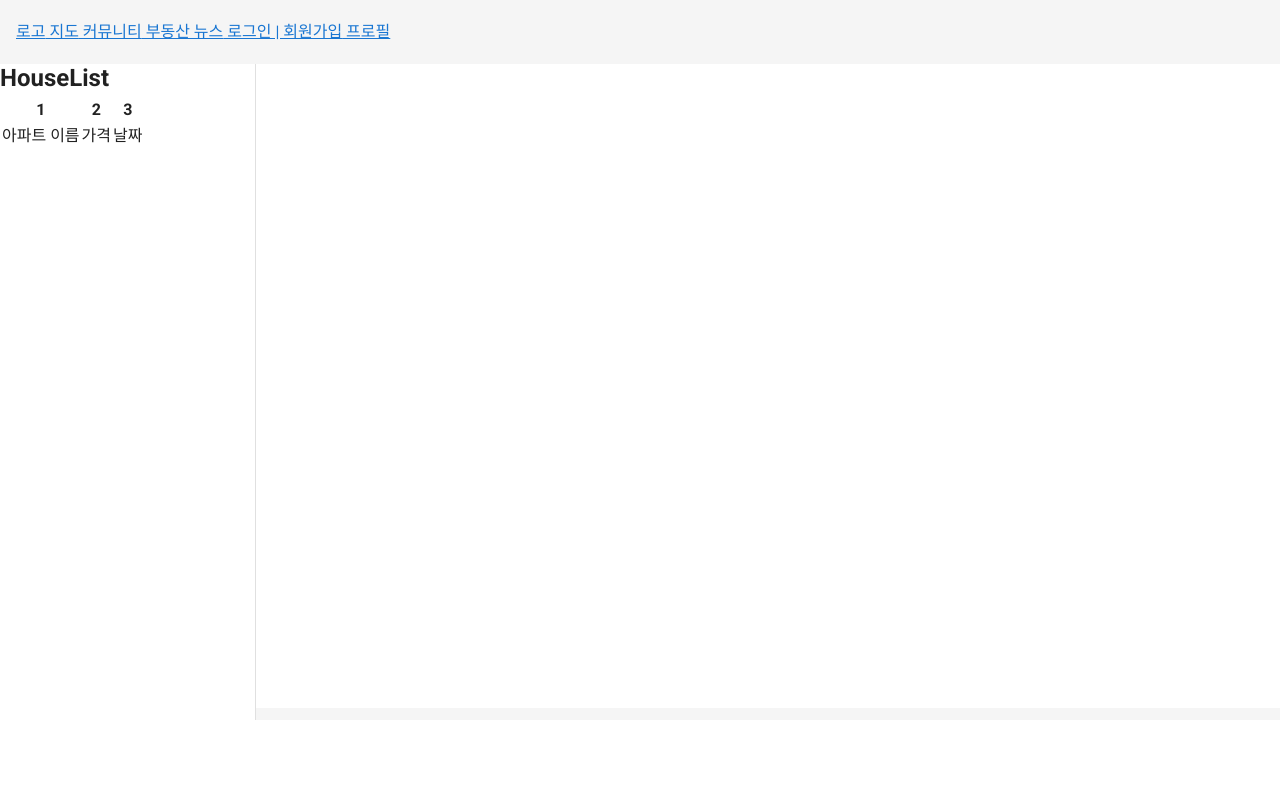
Repository: misso88/vue-whereIsMyHome
Page: /map
The author's editor kept a copy of each file at every save. The page is drawn from the files as they stood at one save, then again after the next save.
The browser window is 1280 px wide. The pictures show the whole page.
The project was rebuilt for these pictures with package versions that can differ from the ones it lists, and the page was loaded fresh each time. Also part of the build but not shown: vue.config.js, src/views/AppMain.vue, src/views/AppNews.vue.

Above is the page before, as saved 2022-11-16 10:19:23.

### public/index.html
<!DOCTYPE html>
<html lang="en">
  <head>
    <meta charset="utf-8" />
    <meta http-equiv="X-UA-Compatible" content="IE=edge" />
    <meta name="viewport" content="width=device-width,initial-scale=1.0" />
    <link rel="icon" href="<%= BASE_URL %>favicon.ico" />
    <title><%= htmlWebpackPlugin.options.title %></title>
    <link
      rel="stylesheet"
      href="https://fonts.googleapis.com/css?family=Roboto:100,300,400,500,700,900"
    />
    <link
      rel="stylesheet"
      href="https://cdn.jsdelivr.net/npm/@mdi/font@latest/css/materialdesignicons.min.css"
    />
    <link
      rel="stylesheet"
      href="https://fonts.googleapis.com/css?family=Roboto:100,300,400,500,700,900"
    />
    <link
      rel="stylesheet"
      href="https://cdn.jsdelivr.net/npm/@mdi/font@latest/css/materialdesignicons.min.css"
    />
    <!-- <style>
      html{
        overflow-y: hidden !important;
      }
    </style> -->
  </head>
  <body>
    <noscript>
      <strong
        >We're sorry but <%= htmlWebpackPlugin.options.title %> doesn't work properly without
        JavaScript enabled. Please enable it to continue.</strong
      >
    </noscript>
    <div id="app"></div>
    <!-- built files will be auto injected -->
  </body>
</html>

### src/App.vue
<template>
  <v-app>
    <v-app-bar app elevation="0" >
      <the-header></the-header>
    </v-app-bar>
    <v-main>
      <router-view></router-view>
    </v-main>
    <v-footer app></v-footer>
  </v-app>
</template>

<script>
import TheHeader from "@/components/layout/TheHeader";

export default {
  name: "App",
  components: {
    TheHeader,
  },
};
</script>

### src/router/index.js
import Vue from 'vue'
import VueRouter from 'vue-router'

import AppMain from '@/views/AppMain'
import AppHouse from '@/views/AppHouse'
// import AppCommunity from '@/views/AppCommunity'
import AppNews from '@/views/AppNews'
// import AppMember from '@/views/AppMember'


Vue.use(VueRouter)

const routes = [
  {
    path: '/',
    name: 'main',
    component: AppMain
  },
  {
    path: '/map',
    name: 'map',
    component: AppHouse
  },
  {
    path: '/community',
    name: 'community',
    component: () => import("@/views/AppCommunity"),
    redirect: "/community/list",
    children: [
      {
        path: "list",
        name: "boardlist",
        component: () => import("@/components/board/BoardList")
      },
    ]
  },
  {
    path: '/news',
    name: 'news',
    component: AppNews
  },
  {
    path: '/member',
    name: 'member',
    component: () => import("@/views/AppMember"),
    children: [
      {
        path: "login",
        name: "login",
        component: () => import("@/components/member/MemberLogin")
      },
      {
        path: "join",
        name: "join",
        component: () => import("@/components/member/MemberJoin")
      },
    ]
  },
  {
    path: "/profile",
    name: "profile",
    component: () => import("@/views/TempProfile"),
    children: [
      {
        path: "mypage",
        name: "mypage",
        component: () => import("@/components/profile/ProfileMypage")
      },
      {
        path: "wishlist",
        name: "wishlist",
        component: () => import("@/components/profile/ProfileWishlist")
      },
      {
        path: "notice",
        name: "notice",
        component: () => import("@/components/profile/ProfileNotice")
      },
      {
        path: "helpcenter",
        name: "helpcenter",
        component: () => import("@/components/profile/ProfileHelpcenter")
      },
    ]
  },
]

const router = new VueRouter({
  mode: 'history',
  base: process.env.BASE_URL,
  routes
})

export default router

### src/store/index.js
import Vue from 'vue'
import Vuex from 'vuex'
import createPersistedState from "vuex-persistedstate";

Vue.use(Vuex)

export default new Vuex.Store({
  state: {
    type: null,
  },
  getters: {
  },
  mutations: {
    SET_TYPE (state, type) {
      state.type = type;
    },
  },
  actions: {
  },
  modules: {},
  plugins: [
    createPersistedState({
      // 브라우저 종료시 제거하기 위해 localStorage가 아닌 sessionStorage로 변경. (default: localStorage)
      storage: sessionStorage,
    }),
  ],

})

### src/components/layout/TheHeader.vue
<template>
  <div>
    <router-link :to="{ name: 'main' }" > 로고</router-link>
    <router-link :to="{ name: 'map'}" > 지도</router-link>
    <router-link :to="{ name: 'community'}" > 커뮤니티</router-link>
    <router-link :to="{ name: 'news'}" > 부동산 뉴스</router-link>
    <router-link :to="{ name: 'login'}" > 로그인 | 회원가입</router-link>
    <router-link :to="{ name: 'profile'}" > 프로필</router-link>
  </div>
</template>

<script>
export default {
    name: "TheHeader",
    data() {
        return {};
    }
}
</script>

<style>

</style>

### src/views/AppHouse.vue
<template>
  <v-app>
    <v-navigation-drawer fixed permanent clipped>
      <house-sidebar></house-sidebar>
    </v-navigation-drawer>
    <v-container fluid>
      <house-map></house-map>
    </v-container>
  </v-app>
</template>

<script>
import HouseSidebar from "@/components/house/sidebar/HouseSidebar";
import HouseMap from "@/components/house/map/HouseMap";

export default {
  name: "AppHouse",
  components: {
    HouseSidebar,
    HouseMap
  }
};
</script>

<style>

</style>

### src/components/house/sidebar/HouseSidebar.vue
<template>
  <div>
    <h2>HouseSidebar</h2>
    <house-list-filter></house-list-filter>
    <house-list></house-list>
  </div>
</template>

<script>
import HouseList from "@/components/house/sidebar/HouseList";
import HouseListFilter from "@/components/house/sidebar/HouseListFilter";

export default {
    name: "HouseSidebar",
    components: {
        HouseList,
        HouseListFilter
    }
};
</script>

<style>

</style>

### src/components/house/map/HouseMap.vue
<template>
  <div>
    <house-map-filter></house-map-filter>
    <h2>HouseMap</h2>
  </div>
</template>

<script>
import HouseMapFilter from "@/components/house/map/HouseMapFilter";
export default {
    name: "HouseMap",
    components: {
        HouseMapFilter
    }
}
</script>

<style>

</style>

### src/components/house/sidebar/HouseList.vue
<template>
  <div>
    <h2>HouseList</h2>
    <table>
        <thead>
            <th>1</th>
            <th>2</th>
            <th>3</th>
        </thead>
        <house-list-item></house-list-item>
    </table>
    <house-detail></house-detail>
  </div>
</template>

<script>
import HouseListItem from "@/components/house/sidebar/HouseListItem";
export default {
    name: "HouseList",
    components: {
        HouseListItem
    },
};
</script>

<style>

</style>

### src/components/house/sidebar/HouseListFilter.vue
<template>
  <div>
    <button>filter1</button>
    <button>filter2</button>
    <button>filter3</button>
  </div>
</template>

<script>
export default {
    name: "HouseListFilter"
}
</script>

<style>

</style>

### src/components/house/map/HouseMapFilter.vue
<template>
  <div>
    <button>mapFilter1</button>
    <button>mapFilter2</button>
    <button>mapFilter3</button>
  </div>
</template>

<script>
export default {
    name: "HouseMapFilter"
}
</script>

<style>

</style>

### src/components/house/sidebar/HouseListItem.vue
<template>
  <tr>
    <td>아파트 이름</td>
    <td>가격</td>
    <td>날짜</td>
  </tr>
</template>

<script>
    export default {
        name: "HouseListItem",
    }
</script>

<style>

</style>

Loaded but not shown: src/main.js (common file); src/plugins/vuetify.js (common file)

After the next save:
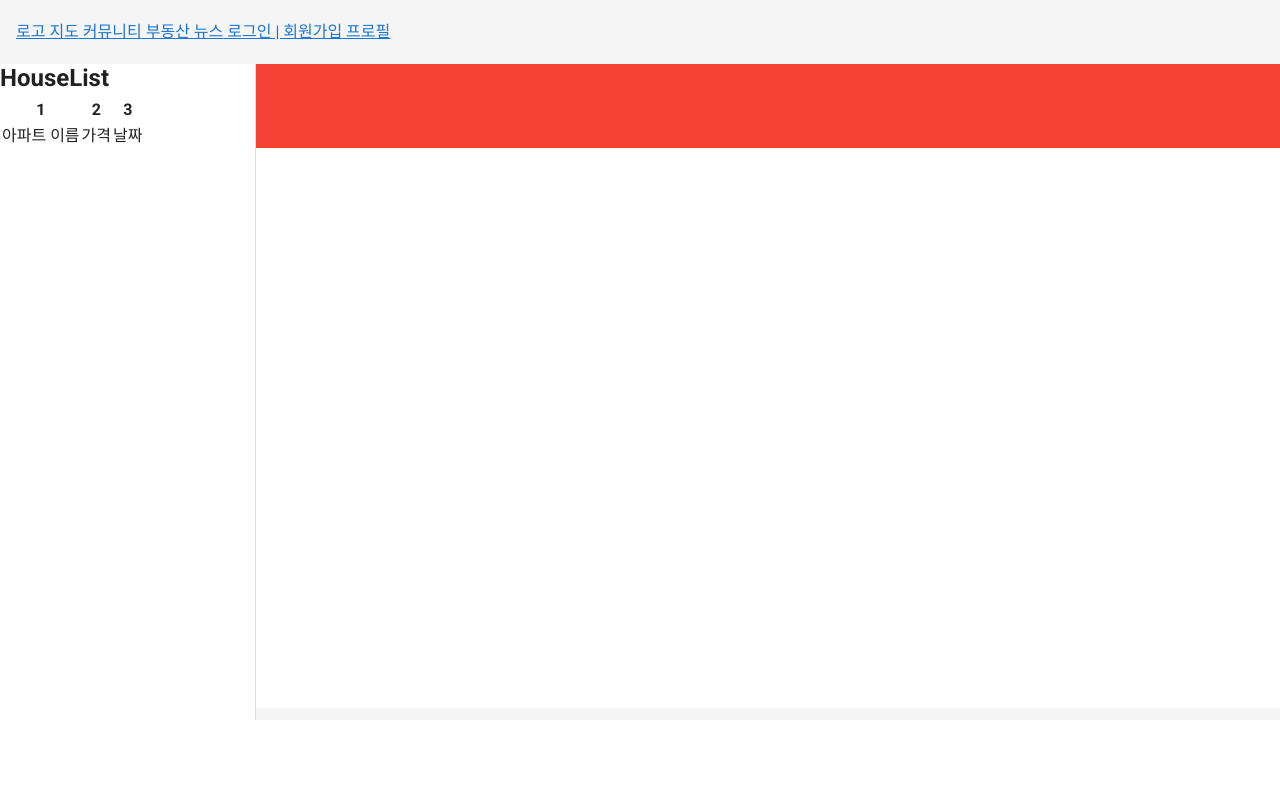
Saved 9 s later.
--- a/src/views/AppHouse.vue
+++ b/src/views/AppHouse.vue
@@ -3,7 +3,7 @@
     <v-navigation-drawer fixed permanent clipped>
       <house-sidebar></house-sidebar>
     </v-navigation-drawer>
-    <v-container fluid>
+    <v-container fluid class="red">
       <house-map></house-map>
     </v-container>
   </v-app>

After the save that followed:
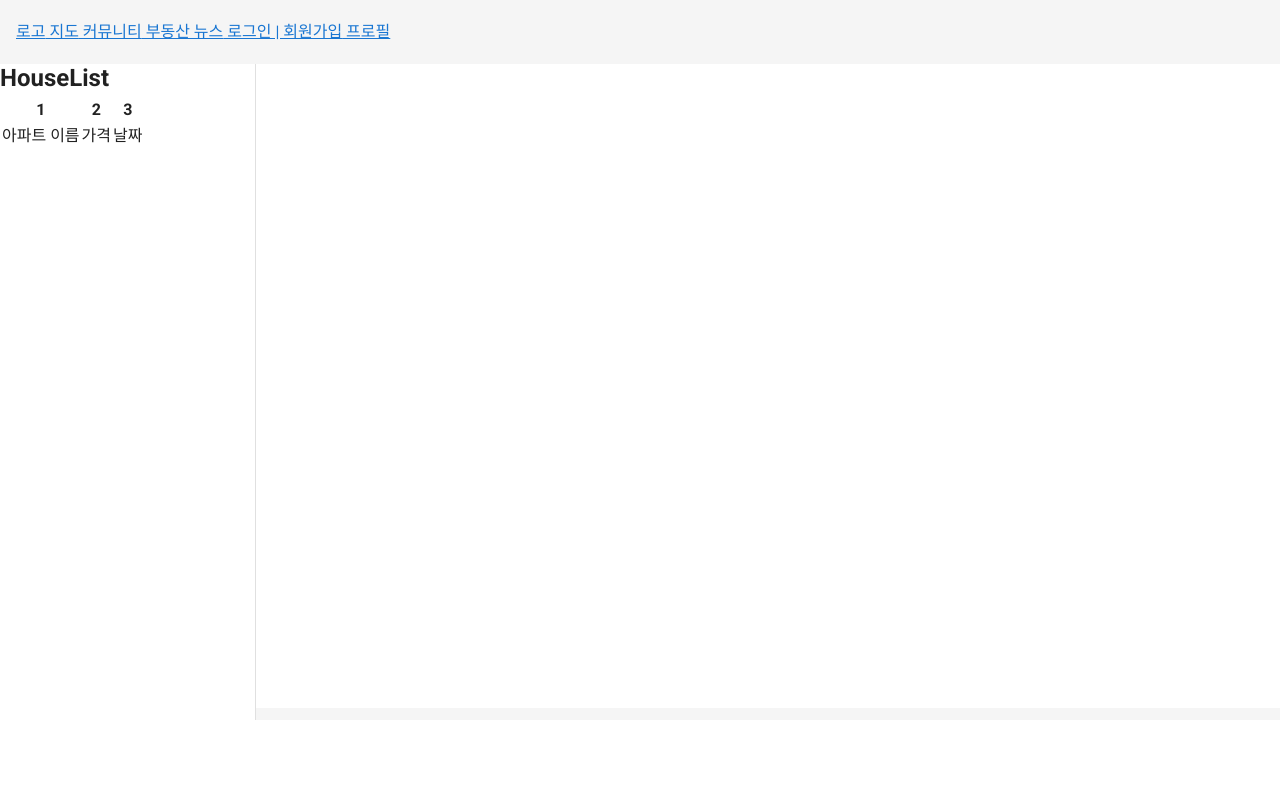
Saved 15 s later.
--- a/src/views/AppHouse.vue
+++ b/src/views/AppHouse.vue
@@ -3,7 +3,7 @@
     <v-navigation-drawer fixed permanent clipped>
       <house-sidebar></house-sidebar>
     </v-navigation-drawer>
-    <v-container fluid class="red">
+    <v-container fluid>
       <house-map></house-map>
     </v-container>
   </v-app>
